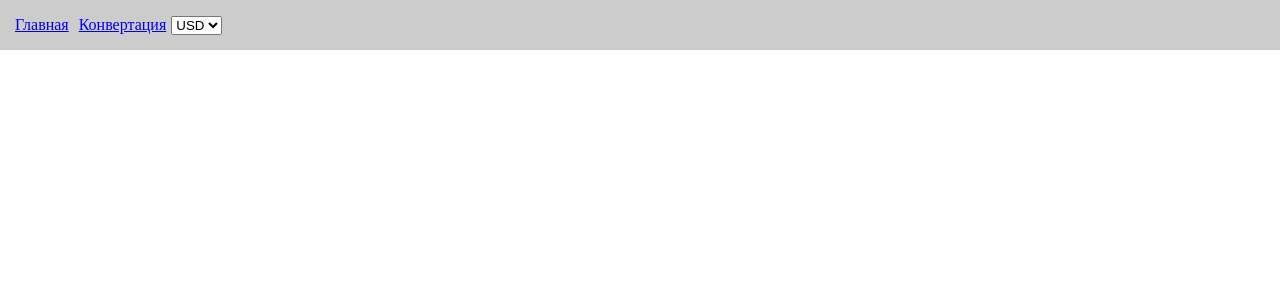
Repository: Friend689/vite-vue-currency-conversion
Page: /convert
These files come from the project's save history. The page is drawn as it stood at one moment and after the next save; the edit follows.
The browser window is 1280 px wide. The pictures show the whole page.
The project was rebuilt for these pictures with package versions that can differ from the ones it lists, and the page was loaded fresh each time. Also part of the build but not shown: vite.config.js, src/views/Main.vue.

Above is the page before, as saved 2024-09-03 18:50:58.

After the next save:
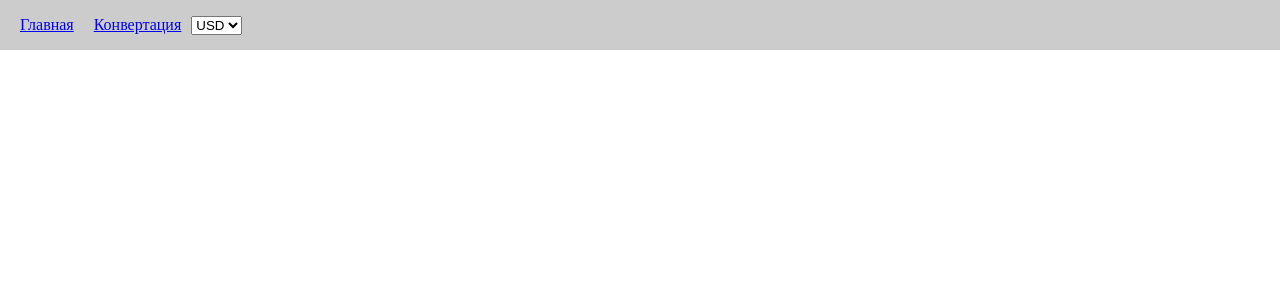
Saved 11 s later.
--- a/src/components/ui/Header.vue
+++ b/src/components/ui/Header.vue
@@ -19,6 +19,6 @@ header {
   padding: 0 10px;
 }
 header a {
-  margin: 0 5px;
+  margin: 0 10px;
 }
 </style>
